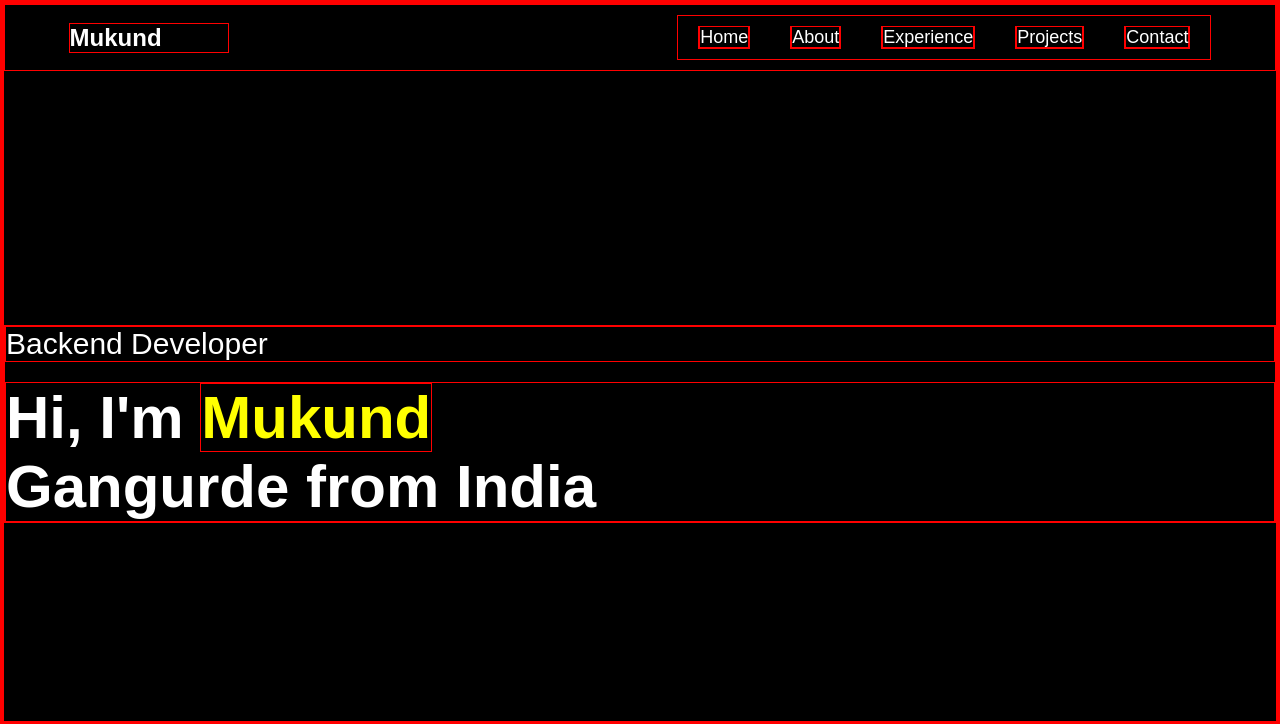
Repository: mukundgangurde/expense-tracker
Page: index.html
These files come from the project's save history. The page is drawn as it stood at one moment and after the next save; the edit follows.
The browser window is 1280 px wide. The pictures show the whole page.

Above is the page before, as saved 2025-11-02 18:03:56.

### index.html
<!DOCTYPE html>
<html lang="en">

<head>
  <meta charset="UTF-8">
  <meta name="viewport" content="width=device-width, initial-scale=1.0">
  <title>Portfolio - Mukund Gangurde</title>
  <link rel="stylesheet" href="style.css">
</head>

<body>
  <div id="header">
    <div id="container">
      <!-- Navigation Bar -->
      <nav>
        <h1 id="logo">Mukund</h1>
        <ul>
          <li><a href="#">Home</a></li>
          <li><a href="#">About</a></li>
          <li><a href="#">Experience</a></li>
          <li><a href="#">Projects</a></li>
          <li><a href="#">Contact</a></li>
        </ul>
      </nav>
      <!-- /Navigation Bar -->

      <div class="header-text">
        <p>Backend Developer</p>
        <h1>Hi, I'm <span>Mukund</span><br>Gangurde from India</h1>
      </div>
    </div>
  </div>

</body>

</html>

### style.css
* {
  margin: 0;
  padding: 0;
  /* font-family: Brush Script MT; */
  font-family: Arial, Helvetica, sans-serif;
  box-sizing: border-box;
  border: 1px solid red;
}

body {
  background-color: black;
  color: white;
}

#header {
  width : 100%;
  height: 100vh;
  /* background-image: url(images/background.img); */
  /* background-size: cover; */
  /* background-position: center; */
}

#container {
  height: 100vh;
}

#logo {
  width: 160px;
}

nav {
  display: flex;
  justify-content: space-between;
  align-items: center;
  flex-wrap: wrap;
  padding: 10px 5%;
}

ul {
  display: flex;
  justify-content: space-between;
  font-size: 18px;
}

nav ul li {
  display: inline-block;
  list-style-type: none;
  margin: 10px 20px;
}

nav ul li a {
  color: white;
  text-decoration: none;
}

.header-text {
  margin-top: 20%;
  font-size: 30px;
}

.header-text h1 {
  margin-top: 20px;
  font-size: 60px;
}

.header-text h1 span {
  color: yellow;
}

After the next save:
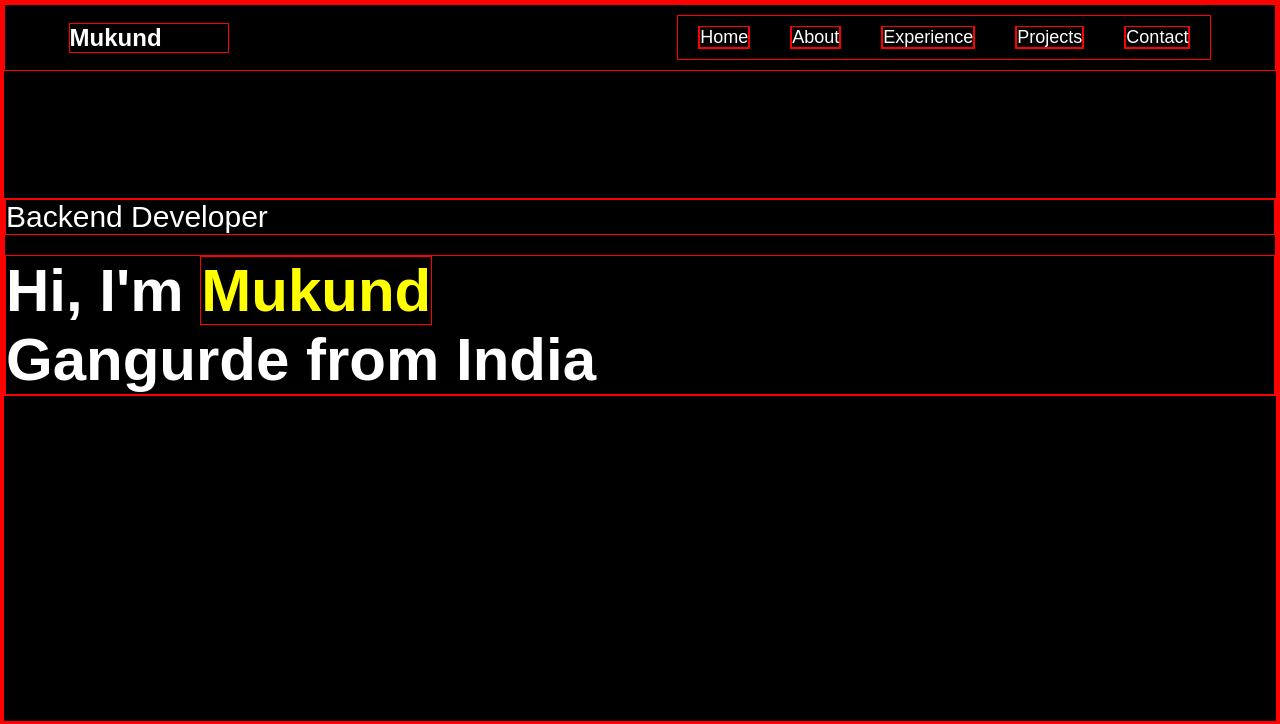
Saved 36 s later.
--- a/style.css
+++ b/style.css
@@ -54,7 +54,7 @@ nav ul li a {
 }
 
 .header-text {
-  margin-top: 20%;
+  margin-top: 10%;
   font-size: 30px;
 }
 
